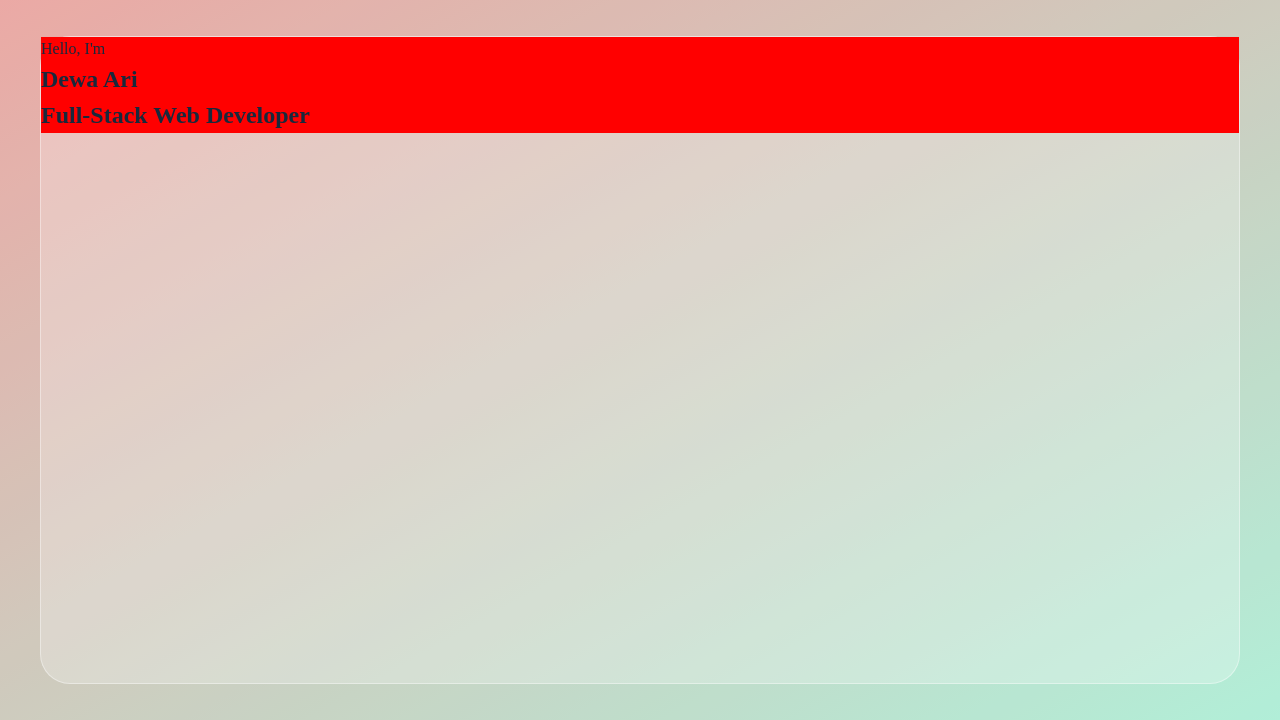
Repository: dewaary/Glassmorp-me
Page: index.html
These files come from the project's save history. The page is drawn as it stood at one moment and after the next save; the edit follows.
The browser window is 1280 px wide. The pictures show the whole page.

Above is the page before, as saved 2021-05-12 22:04:49.

After the next save:
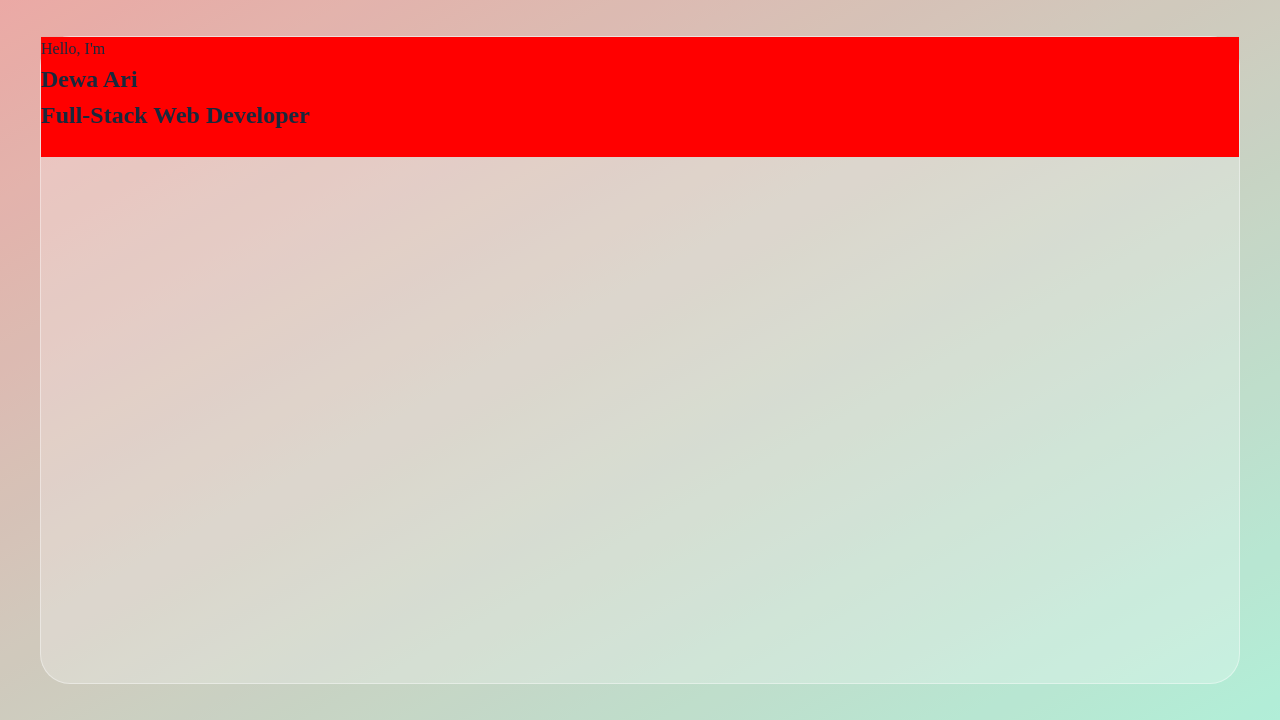
Saved 27 s later.
--- a/index.html
+++ b/index.html
@@ -20,7 +20,11 @@
                         <h1>Dewa Ari</h1>
                         <h2>Full-Stack Web Developer</h2>
                     </div>
-                    <div class="home-img"></div>
+                    <div class="home-img">
+                        <div class="img-box">
+                            <img src="" alt="">
+                        </div>
+                    </div>
                 </div>
             </div>
         </section>
